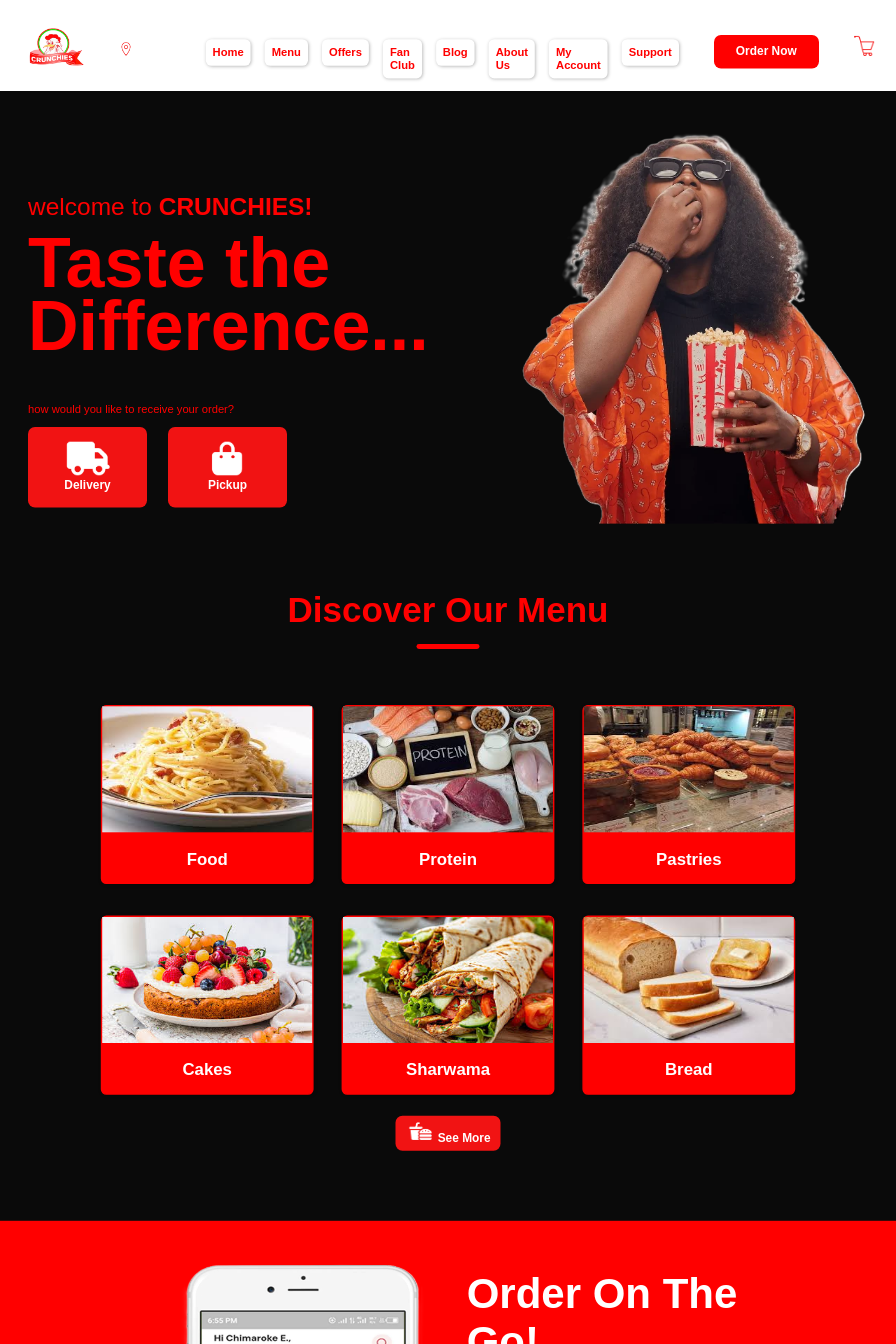
Repository: trenzyfx1/crunches-online-
Page: index.html
These files come from the project's save history. The page is drawn as it stood at one moment and after the next save; the edit follows.
The browser window is 1280 px wide. The pictures show the part of the page from y = 0 to 1920 px (the page is 4840 px tall), at 70% of full size.

Above is the page before, as saved 2025-04-12 16:54:01.

After the next save:
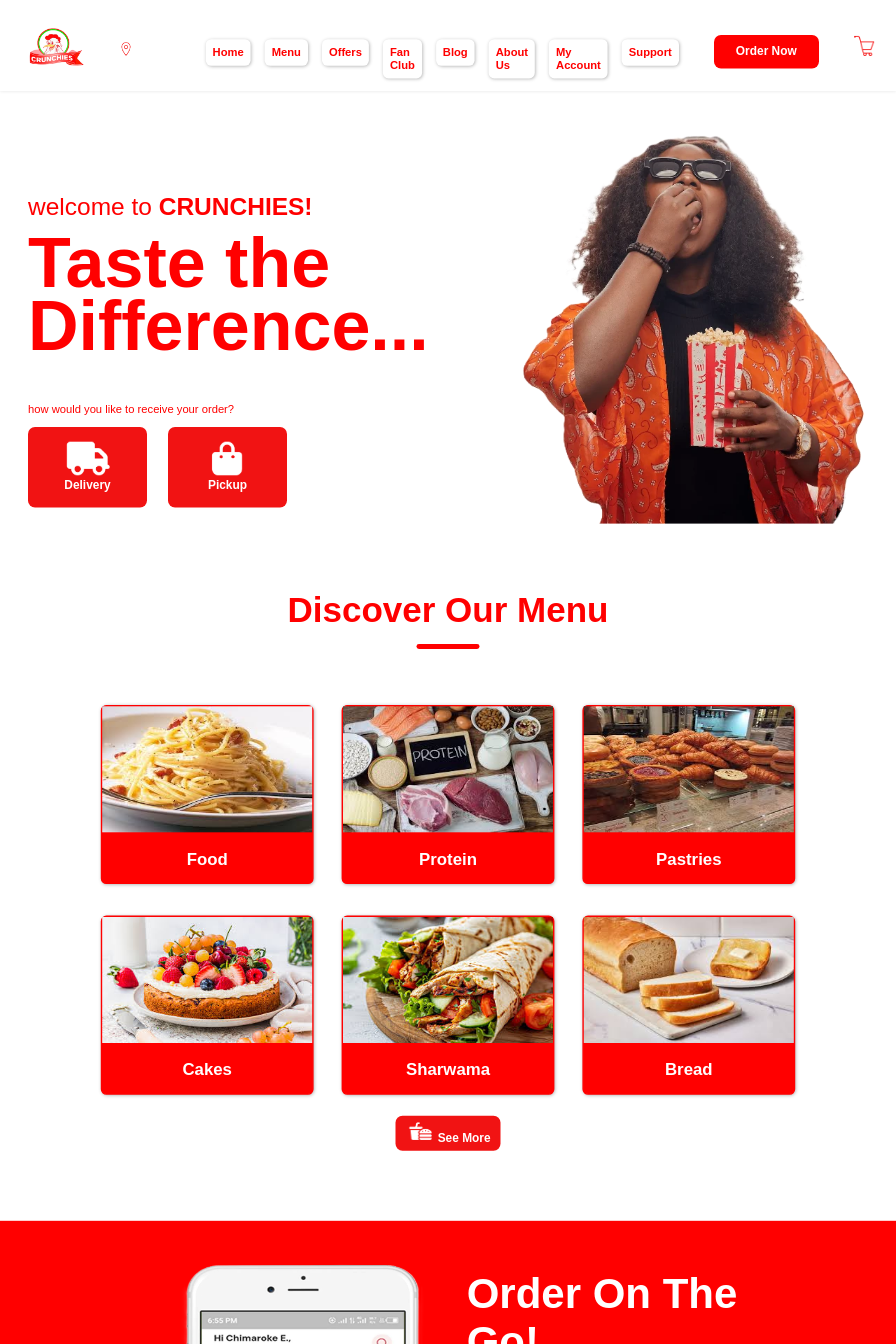
Saved 5 s later.
--- a/style.css
+++ b/style.css
@@ -8,7 +8,7 @@
     /* font-family: 'Space Grotesk', sans-serif; */
     transition: background-color 0.3s, color 0.3s;
     scroll-behavior: smooth;
-    background-color: #0a0a0a;
+    /* background-color: #0a0a0a; */
 }
 
 header {
